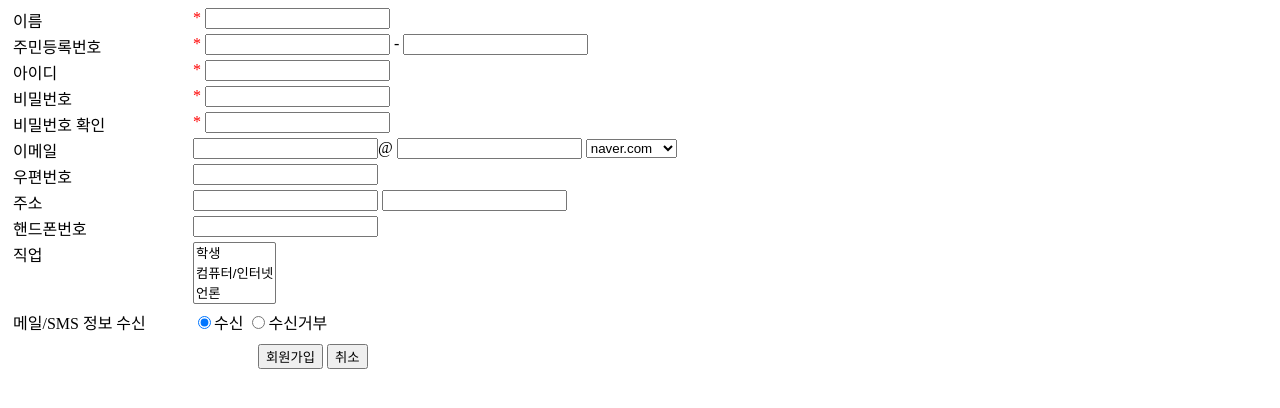
Repository: BartsimisraB/JavaPractice_
Page: http://localhost/JSPpractice2/Join.jsp
The author's editor kept a copy of each file at every save. The page is drawn from the files as they stood at one save, then again after the next save.
The browser window is 1280 px wide. The pictures show the whole page.
The page is served by Tomcat 9. Other server files are loaded and not shown.

Above is the page before, as saved 2023-01-12 02:58:25.

### JSPpractice2/src/main/webapp/Join.jsp
<%@ page language="java" contentType="text/html; charset=UTF-8"
    pageEncoding="UTF-8"%>
<!DOCTYPE html>
<html>
<head>
<meta charset="UTF-8">
<title>Insert title here</title>
    <link rel="stylesheet" href="./Join.css">
    <script defer src="Join.js"></script>
</head>
<body>
    <form action = "JoinServlet" method = "get" name="fr">
      <div>
        <label class="topic" for="name">이름</label><span>*</span> <input type="text" name="name" palceholder="한글 2글자 이상"/>
      </div>
      <div>
        <label class="topic" for="pernum">주민등록번호</label><span>*</span> <input type="text" name="pernum" /> - <input type="password" name="pernum" />
      </div>
      <div>
        <label class="topic" for="id">아이디</label><span>*</span> <input type="text" name="id" palceholder="4글자 이상"/>
      </div>
      <div>
        <label class="topic" for="pw">비밀번호</label><span>*</span> <input type="password" name="pw" />
      </div>
      <div>
        <label class="topic" for="pwcheck">비밀번호 확인</label><span>*</span> <input type="password" name="pwcheck"/>
      </div>
      <div>
        <label class="topic">이메일</label>
        <input type="text" name="email1" id="email1"/>@
        <input type="text" name="email2" id="email2"/>
        <select name = "selectEmail" id="selectEmail" onChange="checkemail();">
         	<option value="1">직접 입력</option>
         	<option value="naver.com" selected>naver.com</option>
	 		<option value="hanmail.net">hanmail.net</option>
	 		<option value="nate.com">nate.com</option>
	 		<option value="gmail.com">gmail.com</option>
        </select>
      </div>
      <div>
        <label class="topic" for="addrnum">우편번호</label><input type="text" name="addrnum" palceholder=" 주소 사이에 - 을 입력 해주세요"/>
      </div>
      <div>
        <label class="topic" for="addr">주소</label><input type="text" name="addr" /> <input type="text" name="addr" />
      </div>
      <div>
        <label class="topic" for="phone">핸드폰번호</label><input type="text" name="phone" />
      </div>
      <div>
        <label class="topic" for="job">직업</label>
        <select id="job" name="job" size="3" >
            <option value="학생">학생</option>
            <option value="컴퓨터/인터넷">컴퓨터/인터넷</option>
            <option value="언론">언론</option>
        </select>
      </div>
      <div>
        <label class="topic" for="info">메일/SMS 정보 수신</label>
            <input type="radio" name="info" id="info" value="ok" checked/>수신
            <input type="radio" name="info" id="info" value="no" />수신거부
      </div>
      <div id="button">
        <input type="button" value="회원가입" onclick = "checkform()"> <input type="reset" value="취소">
      </div>
    </form>
</body>
</html>

### JSPpractice2/src/main/webapp/Join.css
@charset "UTF-8";
form > div{
    margin: 5px 5px;
}
form > div >span{
    color: red;
}
.topic{
    display: inline-block;
    width: 180px;
}
#button{
    margin-left: 250px;
    float: left;
}
.topic, .topic > input{
    float: left;
}

Loaded but not shown: JSPpractice2/src/main/webapp/Join.js (no copy from this time; the picture is the same without it)

After the next save:
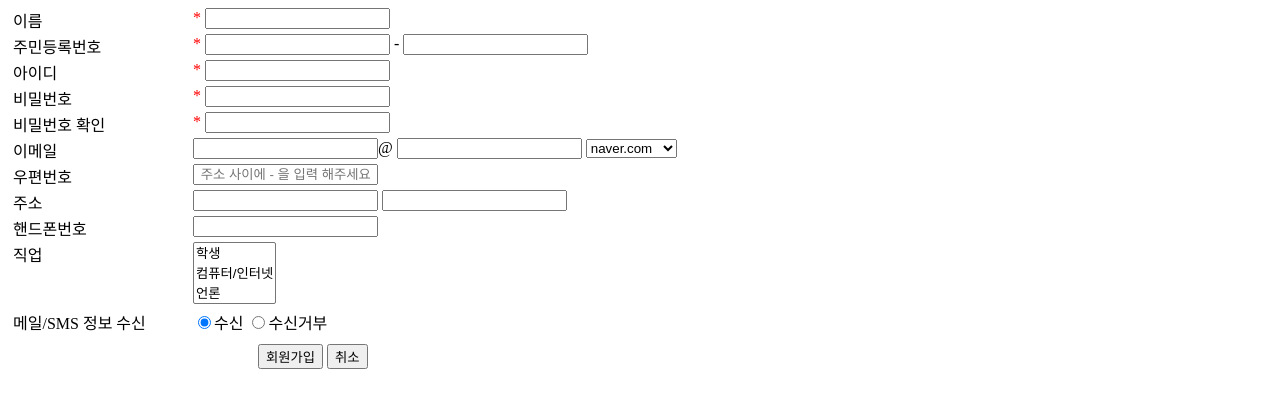
Saved 78 s later.
--- a/JSPpractice2/src/main/webapp/Join.jsp
+++ b/JSPpractice2/src/main/webapp/Join.jsp
@@ -38,7 +38,7 @@
         </select>
       </div>
       <div>
-        <label class="topic" for="addrnum">우편번호</label><input type="text" name="addrnum" palceholder=" 주소 사이에 - 을 입력 해주세요"/>
+        <label class="topic" for="addrnum">우편번호</label><input type="text" name="addrnum" placeholder=" 주소 사이에 - 을 입력 해주세요"/>
       </div>
       <div>
         <label class="topic" for="addr">주소</label><input type="text" name="addr" /> <input type="text" name="addr" />
